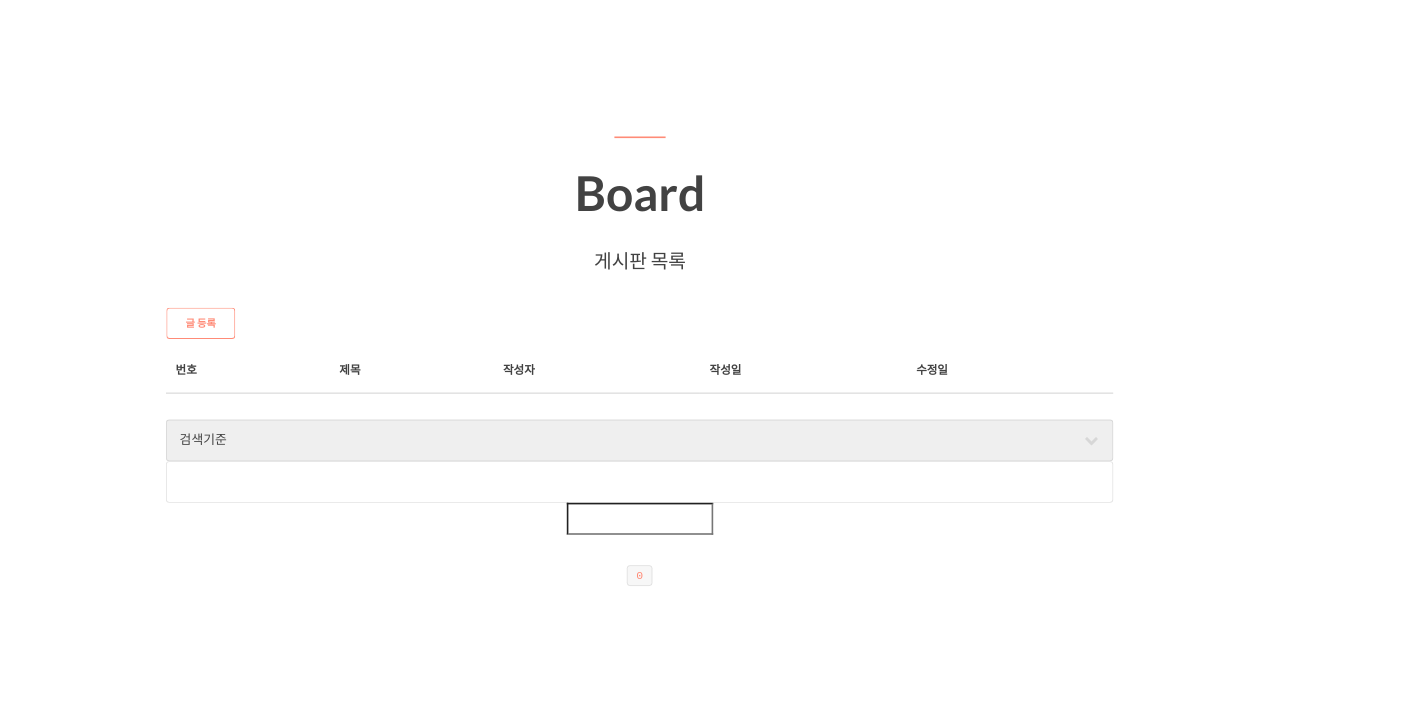
Repository: dlfud/SpringFramework
Page: http://localhost/board/WEB-INF/views/board/list.jsp
These files come from the project's save history. The page is drawn as it stood at one moment and after the next save; the edit follows.
The browser window is 1280 px wide. The page is 1408 px wide, so the pictures cover 1408 px, including what lies to the right of the window. The pictures show the whole page.
The page is served by Tomcat 9. Nobody is signed in. The template is opened directly, without the code that normally fills it, so the values that code supplies are empty.

Above is the page before, as saved 2022-08-26 11:44:12.

After the next save:
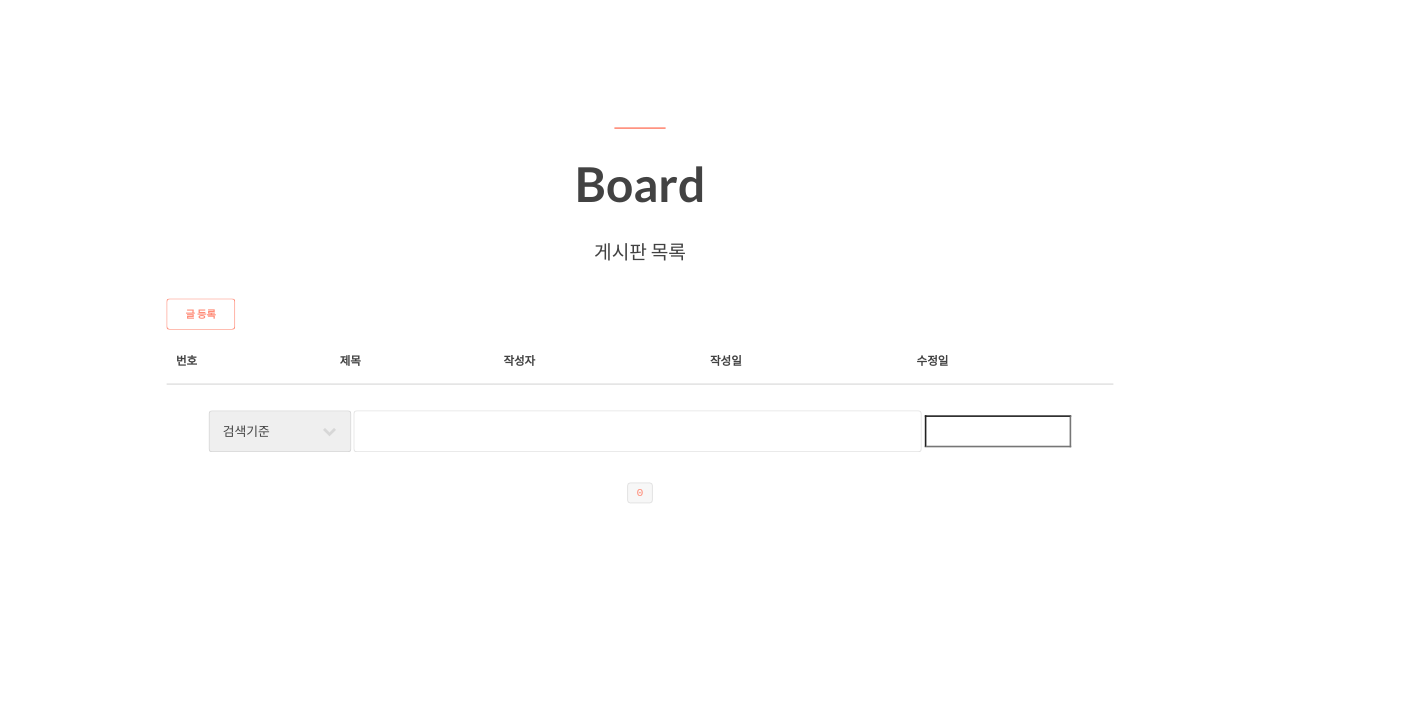
Saved 48 s later.
--- a/board/src/main/webapp/WEB-INF/views/board/list.jsp
+++ b/board/src/main/webapp/WEB-INF/views/board/list.jsp
@@ -13,6 +13,20 @@
 
 			.small-width{display: none;}
 			.big-width{display:block;}
+			.table-wrapper {overflow-x: hidden;}
+			select{
+				width:15%;
+				display:inline;
+			}
+
+			input[name='keyword']{
+				display:inline;
+				width:60%;
+			}
+
+			.search{
+				width:20%;
+			}
 
 			@media(max-width: 918px){
 				body {transform: scale(1); overflow-x: hidden;}
